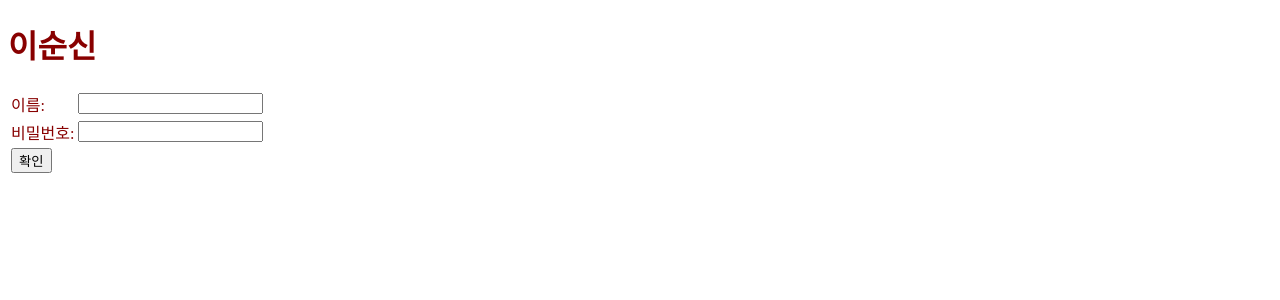
Repository: htsgts/JavaFramework
Page: workspace/Chapter01/src/main/resources/static/first.html
The author's editor kept a copy of each file at every save. The page is drawn from the files as they stood at one save, then again after the next save.
The browser window is 1280 px wide. The pictures show the whole page.

Above is the page before, as saved 2024-03-11 00:19:09.

### workspace/Chapter01/src/main/resources/static/first.html
<!DOCTYPE html>
<html>
	<head>
		<meta charset="utf-8">
		<style>
			body {
				font-family: 궁서체, 바탕체;
				color:#800;
				}
		</style>
	</head>
	<body>
		<h1>이순신</h1>
		<form action="response.html" method="get">
			<table>
				<tr><td>이름: </td><td><input type="text" name="name"/></td></tr>
				<tr><td>비밀번호: </td><td><input type="password" name="password" /></td></tr>
				<tr><td colspan="2"><input type="submit" value="확인"/></td>
				</tr>
			</table>
		</form>
	</body>
</html>

After the next save:
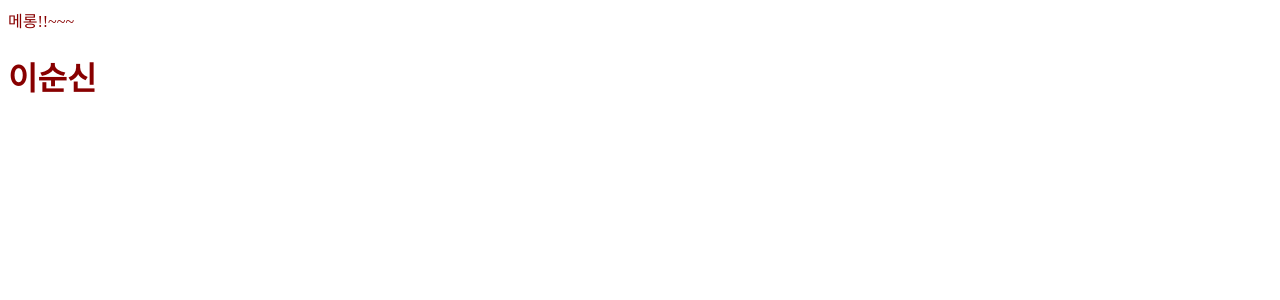
Saved 73 s later.
--- a/workspace/Chapter01/src/main/resources/static/first.html
+++ b/workspace/Chapter01/src/main/resources/static/first.html
@@ -8,14 +8,13 @@
 				color:#800;
 				}
 		</style>
+		<script>
+			document.write("메롱!!~~~");
+		</script>
 	</head>
 	<body>
 		<h1>이순신</h1>
-		<form action="response.html" method="get">
 			<table>
-				<tr><td>이름: </td><td><input type="text" name="name"/></td></tr>
-				<tr><td>비밀번호: </td><td><input type="password" name="password" /></td></tr>
-				<tr><td colspan="2"><input type="submit" value="확인"/></td>
 				</tr>
 			</table>
 		</form>
